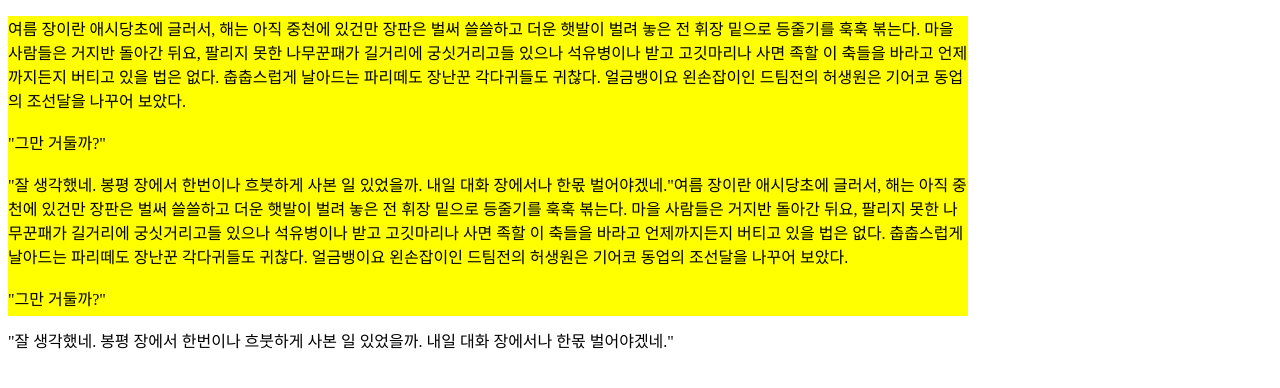
Repository: jeemaru/htme_01
Page: css_02/ex_02.html
These files come from the project's save history. The page is drawn as it stood at one moment and after the next save; the edit follows.
The browser window is 1280 px wide. The pictures show the whole page.

Above is the page before, as saved 2022-04-07 02:32:06.

After the next save:
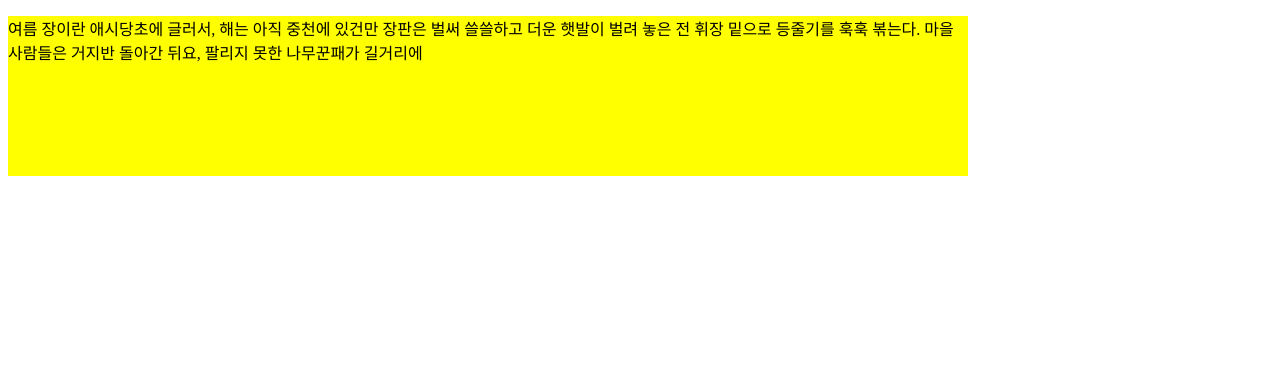
Saved 50 s later.
--- a/css_02/ex_02.html
+++ b/css_02/ex_02.html
@@ -23,23 +23,7 @@
 
 			<p class="box">여름 장이란 애시당초에 글러서, 해는 아직 중천에 있건만 장판은 벌써 쓸쓸하고 더운 햇발이 벌려 놓은
                전 휘장 밑으로 등줄기를 훅훅 볶는다. 마을 사람들은 거지반 돌아간 뒤요, 팔리지 못한 나무꾼패가 길거리에
-               궁싯거리고들 있으나 석유병이나 받고 고깃마리나 사면 족할 이 축들을 바라고 언제까지든지 버티고 있을 법은 없다.
-               춥춥스럽게 날아드는 파리떼도 장난꾼 각다귀들도 귀찮다. 얼금뱅이요 왼손잡이인 드팀전의 허생원은 기어코 동업의
-               조선달을 나꾸어 보았다.<br>
-               <br>
-               "그만 거둘까?"<br>
-               <br>
-               "잘 생각했네. 봉평 장에서 한번이나 흐붓하게 사본 일 있었을까.
-               내일 대화 장에서나 한몫 벌어야겠네."여름 장이란 애시당초에 글러서, 해는 아직 중천에 있건만 장판은 벌써 쓸쓸하고 더운 햇발이 벌려 놓은
-               전 휘장 밑으로 등줄기를 훅훅 볶는다. 마을 사람들은 거지반 돌아간 뒤요, 팔리지 못한 나무꾼패가 길거리에
-               궁싯거리고들 있으나 석유병이나 받고 고깃마리나 사면 족할 이 축들을 바라고 언제까지든지 버티고 있을 법은 없다.
-               춥춥스럽게 날아드는 파리떼도 장난꾼 각다귀들도 귀찮다. 얼금뱅이요 왼손잡이인 드팀전의 허생원은 기어코 동업의
-               조선달을 나꾸어 보았다.<br>
-               <br>
-               "그만 거둘까?"<br>
-               <br>
-               "잘 생각했네. 봉평 장에서 한번이나 흐붓하게 사본 일 있었을까.
-               내일 대화 장에서나 한몫 벌어야겠네."<br>
+
            </p>
 
 

After the save that followed:
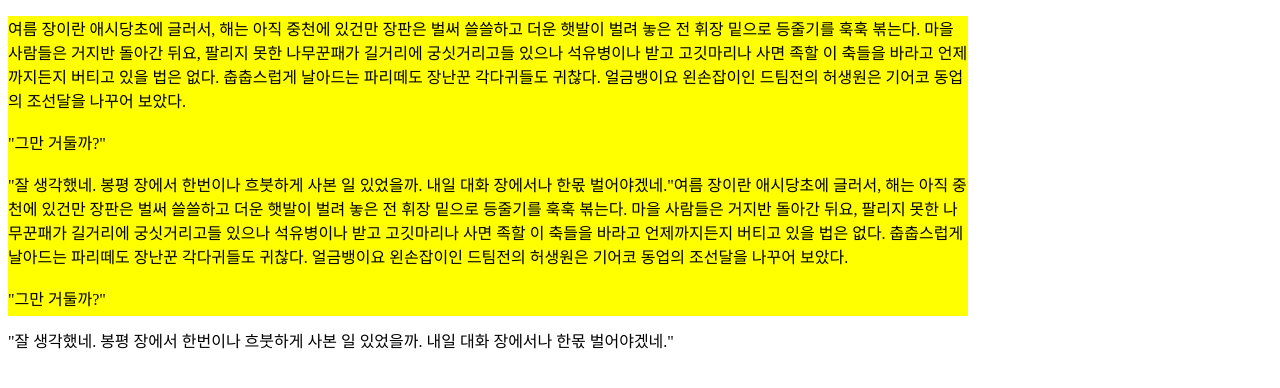
Saved 18 s later.
--- a/css_02/ex_02.html
+++ b/css_02/ex_02.html
@@ -23,7 +23,23 @@
 
 			<p class="box">여름 장이란 애시당초에 글러서, 해는 아직 중천에 있건만 장판은 벌써 쓸쓸하고 더운 햇발이 벌려 놓은
                전 휘장 밑으로 등줄기를 훅훅 볶는다. 마을 사람들은 거지반 돌아간 뒤요, 팔리지 못한 나무꾼패가 길거리에
-
+               궁싯거리고들 있으나 석유병이나 받고 고깃마리나 사면 족할 이 축들을 바라고 언제까지든지 버티고 있을 법은 없다.
+               춥춥스럽게 날아드는 파리떼도 장난꾼 각다귀들도 귀찮다. 얼금뱅이요 왼손잡이인 드팀전의 허생원은 기어코 동업의
+               조선달을 나꾸어 보았다.<br>
+               <br>
+               "그만 거둘까?"<br>
+               <br>
+               "잘 생각했네. 봉평 장에서 한번이나 흐붓하게 사본 일 있었을까.
+               내일 대화 장에서나 한몫 벌어야겠네."여름 장이란 애시당초에 글러서, 해는 아직 중천에 있건만 장판은 벌써 쓸쓸하고 더운 햇발이 벌려 놓은
+               전 휘장 밑으로 등줄기를 훅훅 볶는다. 마을 사람들은 거지반 돌아간 뒤요, 팔리지 못한 나무꾼패가 길거리에
+               궁싯거리고들 있으나 석유병이나 받고 고깃마리나 사면 족할 이 축들을 바라고 언제까지든지 버티고 있을 법은 없다.
+               춥춥스럽게 날아드는 파리떼도 장난꾼 각다귀들도 귀찮다. 얼금뱅이요 왼손잡이인 드팀전의 허생원은 기어코 동업의
+               조선달을 나꾸어 보았다.<br>
+               <br>
+               "그만 거둘까?"<br>
+               <br>
+               "잘 생각했네. 봉평 장에서 한번이나 흐붓하게 사본 일 있었을까.
+               내일 대화 장에서나 한몫 벌어야겠네."<br>
            </p>
 
 
